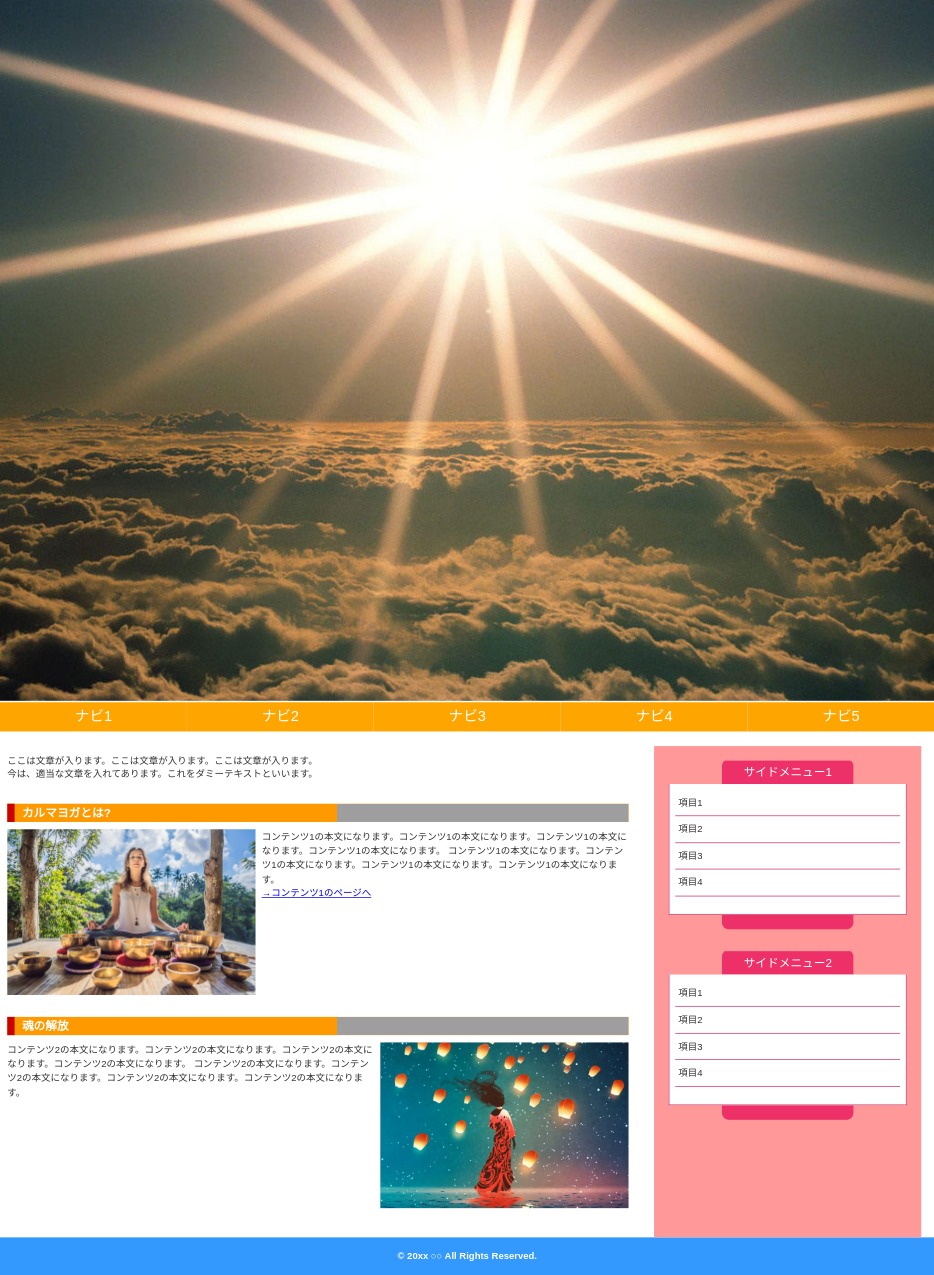
Repository: jahoel/Test-site
Page: home.html
The author's editor kept a record of every edit. The page is drawn from the files as they stood at one moment, then again after the next edit.
The browser window is 1280 px wide. The pictures show the whole page, at 73% of full size.
Pictures or frames that could not be fetched are drawn as grey boxes.

Above is the page before.

### home.html
<!DOCTYPE html>
<html lang="ja">
    <head>
        <meta charset="UTF-8">
        <title>カウンセラーサイト</title>
        <link rel="stylesheet" href="stylesheet.css">
    </head>
    <body>
        <div id="header">
            <h1><a href="index.html"><img id="corridor" src="images/corridor.jpg" alt="セラピー" /></a></h1>
        </div>
        <div id="wrapper">
            <div id="nav">
                <ul>
                    <li><a href="home.html">ナビ1</a></li>
                    <li><a href="#">ナビ2</a></li>
                    <li><a href="#">ナビ3</a></li>
                    <li><a href="#">ナビ4</a></li>
                    <li><a href="#">ナビ5</a></li>
                </ul>
            </div>
            <div id="container">
                <div id="main">
                    <div class="post">
                        <p>ここは文章が入ります。ここは文章が入ります。ここは文章が入ります。<br />今は、適当な文章を入れてあります。これをダミーテキストといいます。</p>
                    </div>
                    <div class="post clearfix">
                        <h2>カルマヨガとは?</h2>
                        <img class="left" src="images/classroom.jpg" alt="カルマヨガ" />
                        <p>
                            コンテンツ1の本文になります。コンテンツ1の本文になります。コンテンツ1の本文になります。コンテンツ1の本文になります。
                            コンテンツ1の本文になります。コンテンツ1の本文になります。コンテンツ1の本文になります。コンテンツ1の本文になります。
                        </p>
                        <p><a href="#">→コンテンツ1のページへ</a></p>
                    </div>
                    <div class="post clearfix">
                        <h2>魂の解放</h2>
                        <img class="right" src="images/scale.jpg" alt="魂の解放" />
                        <p>
                            コンテンツ2の本文になります。コンテンツ2の本文になります。コンテンツ2の本文になります。コンテンツ2の本文になります。
                            コンテンツ2の本文になります。コンテンツ2の本文になります。コンテンツ2の本文になります。コンテンツ2の本文になります。
                        </p>
                    </div>
                </div>
                <div id="side">
                    <div class="box">
                        <h2>サイドメニュー1</h2>
                        <div class="boxBody">
                            <ul>
                                <li>項目1</li>
                                <li>項目2</li>
                                <li>項目3</li>
                                <li>項目4</li>
                            </ul>
                        </div>
                    </div>
                    <div class="box">
                        <h2>サイドメニュー2</h2>
                        <div class="boxBody">
                            <ul>
                                <li>項目1</li>
                                <li>項目2</li>
                                <li>項目3</li>
                                <li>項目4</li>
                            </ul>
                        </div>
                    </div>
                </div>
            </div>
        </div>
        <div id="footer">
            <p>&copy; 20xx ○○ All Rights Reserved.</p>
        </div>
    </body>
</html>

### stylesheet.css
@charset "utf-8";

body {
	margin: 0;
	padding: 0;
	font-family: "ヒラギノ角ゴ Pro W3", "Hiragino Kaku Gothic Pro", "メイリオ", Meiryo, Osaka, "ＭＳ Ｐゴシック", "MS PGothic", sans-serif;
	color: #333;
	font-size: 13px;
	line-height: 150%;
}

/* -------------------- wrapper -------------------- */
#wrapper {
	width: 100%;
	margin: auto;
	padding: 0px;
	border: 0px;
	background-color: #FFF;
	top: 10px;
}

/* -------------------- header -------------------- */
#header {
	width: 100%;
}
#header h1 {
	margin: 0;
	padding: 0;
}

#corridor {
	width: 100%;
	height: auto;
}

/* -------------------- footer -------------------- */
#footer {
	clear: both;
	width: 100%;
	padding: 3px 0 3px 0;
	background: #39F;
	color: #FFF;
	font-weight: bold;
	text-align: center;
}

/* -------------------- nav -------------------- */
#nav {
	width: 100%;
}
#nav ul {
	display: flex;
	margin: 0;
	padding: 0;
	list-style-type: none;
}
#nav ul li {
	width: 20%;
	text-align: center;
}
#nav ul li a {
	display: block;
	height: 20px;
	margin: 0;
	padding: 10px;
	color: #FFF;
	font-size: 20px;
	text-decoration: none;
	background-color: orange;
}

#nav ul li a:hover {
	filter: drop-shadow(10px 10px 10px black);
}

/* -------------------- container -------------------- */
#container {
	width: 100%;
	margin: auto ;
	padding: auto;
	padding-top: 20px;
	clear: both;
	display: grid;
	grid-template-columns: 70vw 30vw;
}
/* -------------------- main -------------------- */
#main {
	width: 95%;
	padding: 10px 30px 10px 10px;
}
#main h1 {
	margin: 0 20px 0 0;
	padding: 10px 5px;
	color: #FFF;
	font-size: 30px;
	border-left: solid 10px #C00;
	background: #F90 repeat-y;
}
#main h2 {
	margin: 0 0 10px 0;
	padding: 3px 10px 3px 10px;
	color: #FFF;
	font-size: 16px;
	border-left: solid 10px #C00;
	background: #F90 url(../images/main_h2.jpg) right top repeat-y;
}
#main p {
	margin: 0;
	padding: 0;
}
#main .post {
	margin: 0 0 30px 0;
}

#main .post img.right {
	margin: 0 0 0 8px;
}
#main .post img.left {
	margin: 0 8px 0 0;
}

.right {
	float: right;
	width: 40%;
	height: auto;
}
.left {
	float: left;
	width: 40%;
	height: auto;
}

/* -------------------- clearfix -------------------- */
.clearfix {
	zoom: 1;
}
.clearfix:after{
	content: "";
	display: block;
	clear: both;
}

/* -------------------- side -------------------- */
#side {
	width: 85%;
	padding: 20px;
	background-color: #F99;
}
#side .box {
	margin: 0 auto 30px auto;
	padding: 0 0 20px 0;
	background: url(images/side_box.png) bottom no-repeat;
}
#side .box h2 {
	margin: 0;
	padding: 8px;
	text-align: center;
	color: #fff;
	font-size: 16px;
	line-height: 16px;
	font-weight: normal;
	background: url(images/side_box_h2.png) center no-repeat;
}
#side .box .boxBody {
	padding: 8px;
	border-right: solid 1px #C36;
	border-bottom: solid 1px #C36;
	border-left: solid 1px #C36;
	background: #FFF;
}
#side .box .boxBody ul {
	margin: 0 0 16px 0;
	padding: 0;
}
#side .box .boxBody ul li {
	padding: 8px 0 8px 4px;
	list-style: none;
	border-bottom: solid 1px #C36;
}

#side .box .boxBody ul li:hover {
	padding: 8px 0 8px 4px;
	list-style: none;
	border-bottom: solid 1px #C36;
	box-shadow: 0px 4px 4px rgba(0, 0, 0, 0.3);
}

After the next edit:
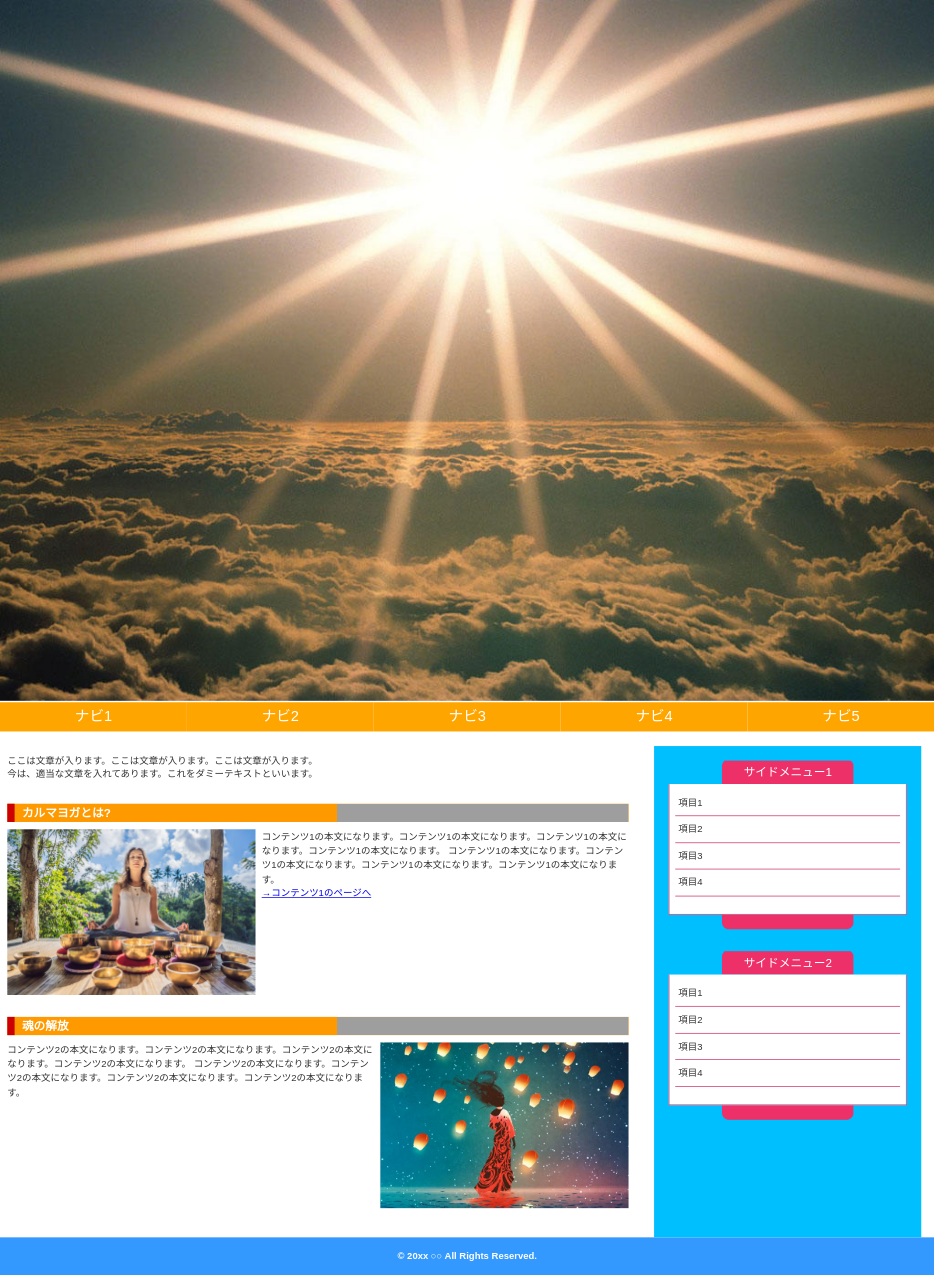
The edit:
--- a/stylesheet.css
+++ b/stylesheet.css
@@ -144,7 +144,7 @@
 #side {
 	width: 85%;
 	padding: 20px;
-	background-color: #F99;
+	background-color: #00bfff;
 }
 #side .box {
 	margin: 0 auto 30px auto;
